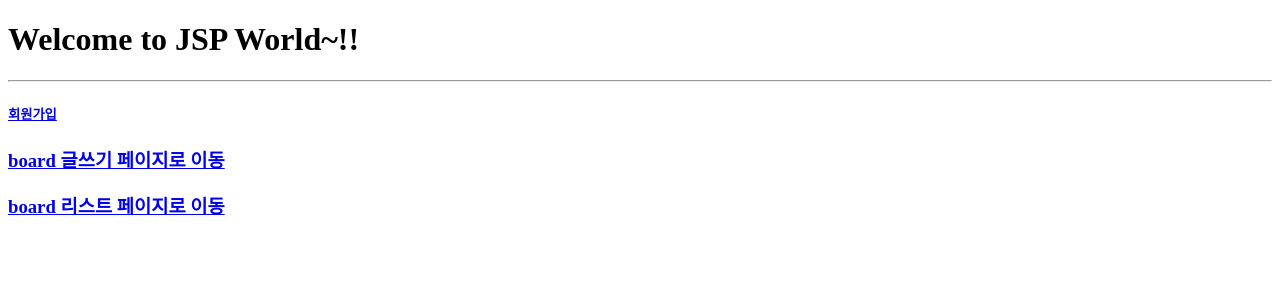
Repository: csk3830/jsp
Page: http://localhost/jsp_study/
The author's editor kept a copy of each file at every save. The page is drawn from the files as they stood at one save, then again after the next save.
The browser window is 1280 px wide. The pictures show the whole page.
The page is served by Tomcat 9. Other server files are loaded and not shown.

Above is the page before, as saved 2024-10-25 01:55:11.

### jsp_study/src/main/webapp/index.jsp
<%@ page language="java" contentType="text/html; charset=UTF-8"
    pageEncoding="UTF-8"%>
<!DOCTYPE html>
<html>
<head>
<meta charset="UTF-8">
<title>Insert title here</title>
</head>
<body>
	<h1>Welcome to JSP World~!!</h1>
	<hr>
	<h5><a href="/mem/join">회원가입</a></h5>

	<!-- jsp의 모든 경로는 controller로 이동하게 해야 함. -->
	<h3><a href="/brd/register">board 글쓰기 페이지로 이동</a></h3>
	<h3><a href="/brd/list">board 리스트 페이지로 이동</a></h3>
</body>
</html>

After the next save:
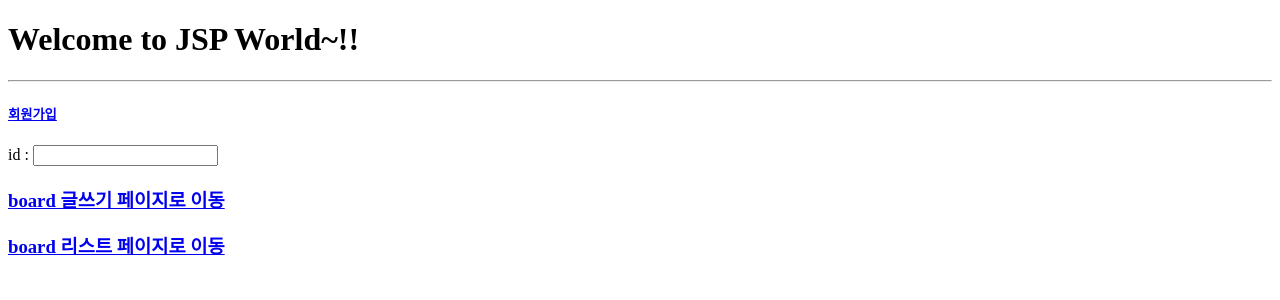
Saved 40 min 6 s later.
--- a/jsp_study/src/main/webapp/index.jsp
+++ b/jsp_study/src/main/webapp/index.jsp
@@ -11,6 +11,9 @@
 	<hr>
 	<h5><a href="/mem/join">회원가입</a></h5>
 
+	<div>
+	id : <input type="text" name="id">
+	</div>
 	<!-- jsp의 모든 경로는 controller로 이동하게 해야 함. -->
 	<h3><a href="/brd/register">board 글쓰기 페이지로 이동</a></h3>
 	<h3><a href="/brd/list">board 리스트 페이지로 이동</a></h3>
